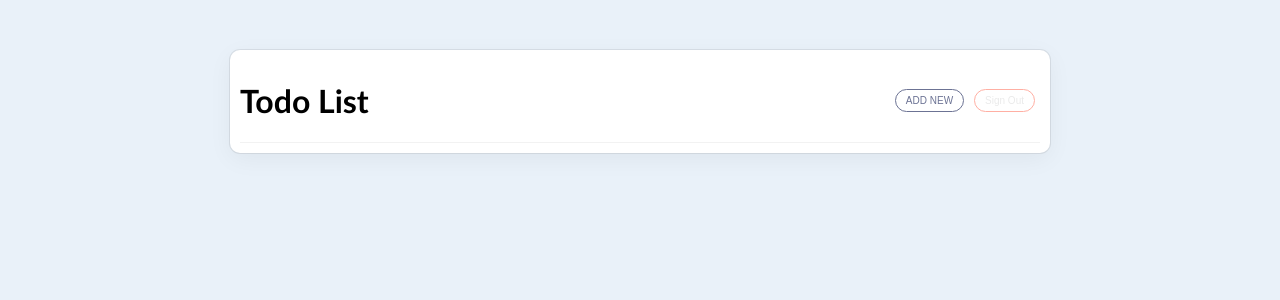
Repository: mosesvk/_todo
Page: / (app in client/)
The author's editor kept a copy of each file at every save. The page is drawn from the files as they stood at one save, then again after the next save.
The browser window is 1280 px wide. The pictures show the whole page.
The page's requests for data from a server got no answer. The project was rebuilt for these pictures with package versions that can differ from the ones it lists, and the page was loaded fresh each time. No one was signed in, and anything a server would have sent is missing. Also part of the build but not shown: client/vite.config.js, client/src/components/ProgressBar.jsx, client/src/components/ListItem.jsx. Imported but missing from the stored project, and not drawn on this page: client/src/components/TickIcon.

Above is the page before, as saved 2023-05-01 23:29:29.

After the next save:
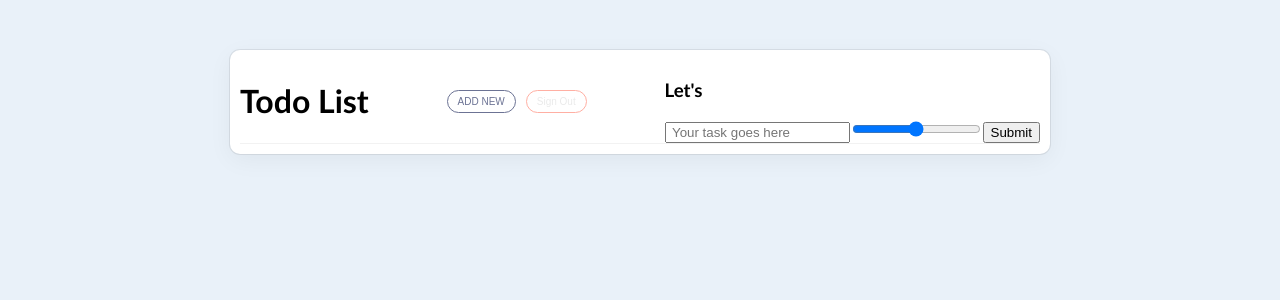
Saved 3 min 18 s later.
--- a/client/src/components/ListHeader.jsx
+++ b/client/src/components/ListHeader.jsx
@@ -1,4 +1,5 @@
 import React from 'react'
+import Modal from './Modal'
 
 const ListHeader = ({listName}) => {
 
@@ -13,6 +14,7 @@ const ListHeader = ({listName}) => {
         <button className="create">Add New</button>
         <button className="signout" onClick={signOut}>Sign Out</button>
       </div>
+      <Modal />
     </div>
   )
 }
